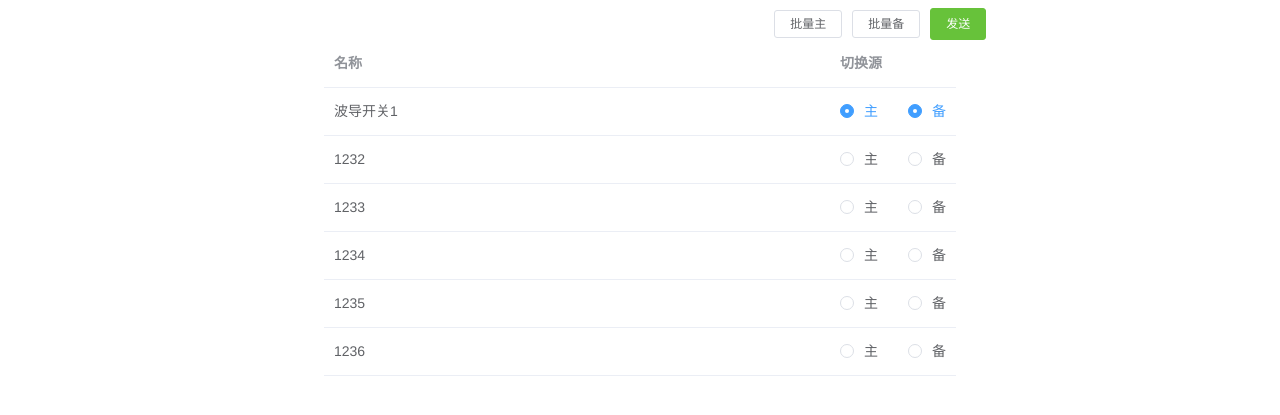
Repository: faintout/BHMQTTSendTool
Page: /
An editor plug-in stored every save of this project. The page is shown before and after the next save, followed by the edit.
The browser window is 1280 px wide. The pictures show the whole page.
The project was rebuilt for these pictures with package versions that can differ from the ones it lists, and the page was loaded fresh each time. Also part of the build but not shown: vue.config.js. Imported but missing from the stored project, and not drawn on this page: src/views/About.vue.

Above is the page before, as saved 2020-08-26 14:28:51.

### public/index.html
<!DOCTYPE html>
<html lang="en">
  <head>
    <meta charset="utf-8">
    <meta http-equiv="X-UA-Compatible" content="IE=edge">
    <meta name="viewport" content="width=device-width,initial-scale=1.0">
    <link rel="stylesheet" href="">
    <title></title>
  </head>
  <body>
    <div id="app">

    </div>
    <!-- built files will be auto injected -->
  </body>
</html>

### src/main.js
import Vue from 'vue'
import App from './App.vue'
import router from './router'
import $ from 'jquery'
import ElementUi from 'element-ui'
import 'element-ui/lib/theme-chalk/index.css'
import 'element-ui/lib/theme-chalk/reset.css'

Vue.config.productionTip = false
Vue.use(ElementUi)
new Vue({
  router,
  render: h => h(App)
}).$mount('#app')

### src/views/Home.vue
<template>
  <div class="content">
      <title></title>
          <!-- 按钮模块 -->
    <div style="position: relative;left: calc(50% - 6%);width: 50%;">
       <el-button size="mini" @click="batch(0)">批量主</el-button>
       <el-button size="mini" @click="batch(1)">批量备</el-button>
       <el-button type="success" size="small" @click="sendData">发送</el-button>
    </div>
      <el-table
      v-loading="tableLoading"
      :data="tableData"
       style="width: 50%;position: relative;left: calc(50% - 25%);">
      >
      <el-table-column
          prop="name"
          min-width="4"
        label="名称"
      >
      </el-table-column>
    <el-table-column
        label="切换源"
        min-width="1"

        >
        <template slot-scope="scope">
        <el-radio-group v-model="scope.row.enable">
            <el-radio  @click="scope.row.enableMaster = 0;scope.row.enableSavle = 1" >主</el-radio>
            <el-radio  @click="scope.row.enable = 1" >备</el-radio>
     </el-radio-group>
        </template>
      </el-table-column>

      </el-table>
  </div>

</template>

<script>

export default {
  components:{},
  data(){
    return {
        //表格框加载
        tableLoading:false,
        tableData:[
             {
                id:1,
                name:"波导开关1",
                enableMaster:0,
                enableSavle:0,
                masterData:"",
                savleData:""
             },
            {
                id:2,
                name:'1232',
                enable:1,
                data:'333'
            },
            {
                id:3,
                name:'1233',
                enable:0,
                data:'333'
            },
            {
                id:4,
                name:'1234',
                enable:1,
                data:'333'
            },
            {
                id:5,
                name:'1235',
                enable:1,
                data:'333'
            }
            ,{
                id:6,
                name:'1236',
                enable:0,
                data:'333'
            }
        ]
    }
  },
  watch:{},
  computed:{

  },
  methods:{
      changeItem(item){
          console.log('item',item);
      },
      changItemRadio(item){
          console.log('itemzhixng ');
      },
      //获取所有数据
      getAllMqttData(){

      },
      //数据处理
      dataProcessing(){

      },
      //批量设置
      /**
       * @type 0 主 1 备
       * @Date 2020-08-26 14:13:24
      */
      batch(type){
          this.tableData.forEach(item=>{
              item.enable = type?1:0
          })
      },
      //发送数据
      sendData(){

      }

  },
  mounted(){
      console.log(this.tableData);
  },
  created(){},
}
</script>
<style lang="less" scoped>
</style>

Loaded but not shown: src/App.vue (common file); src/router/index.js (common file)

After the next save:
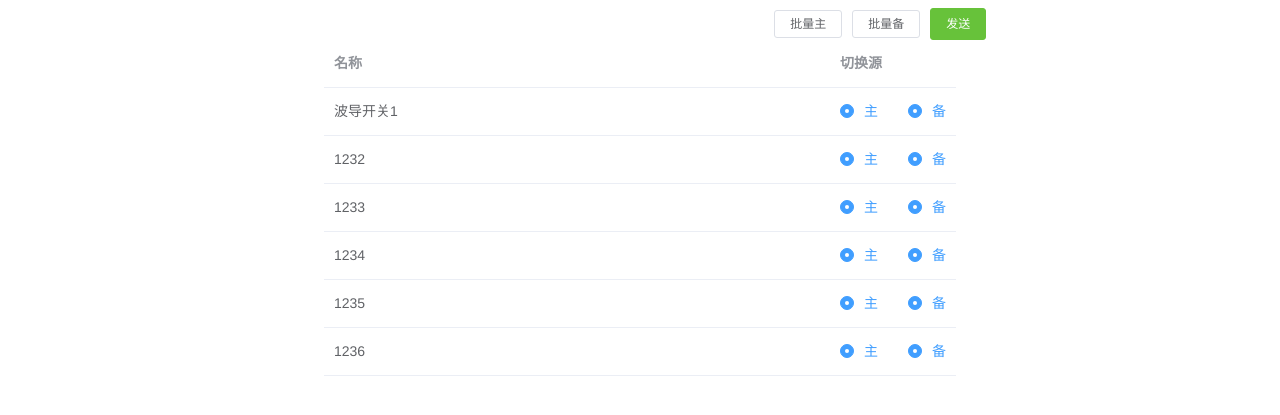
Saved 7 s later.
--- a/src/views/Home.vue
+++ b/src/views/Home.vue
@@ -24,7 +24,7 @@
 
         >
         <template slot-scope="scope">
-        <el-radio-group v-model="scope.row.enable">
+        <el-radio-group >
             <el-radio  @click="scope.row.enableMaster = 0;scope.row.enableSavle = 1" >主</el-radio>
             <el-radio  @click="scope.row.enable = 1" >备</el-radio>
      </el-radio-group>
